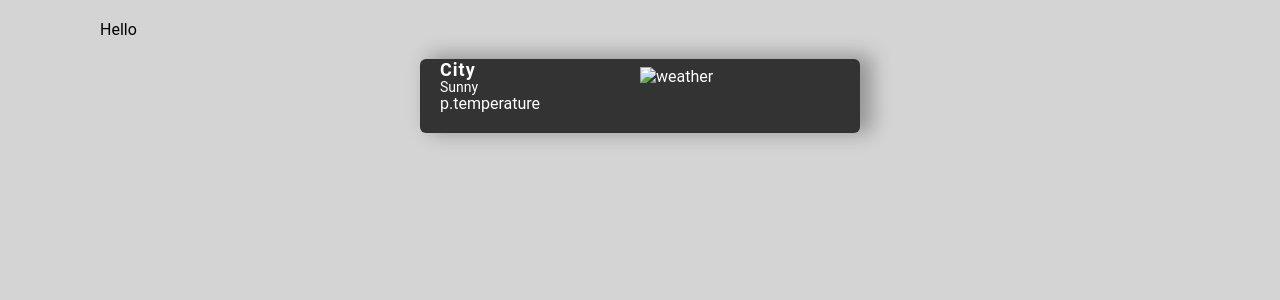
Repository: sedat-akdogan/React_Weather
Page: / (app in london_weather/)
The author's editor kept a copy of each file at every save. The page is drawn from the files as they stood at one save, then again after the next save.
The browser window is 1280 px wide. The pictures show the whole page.
The project was rebuilt for these pictures with package versions that can differ from the ones it lists, and the page was loaded fresh each time.

Above is the page before, as saved 2023-07-09 17:46:55.

### london_weather/src/index.css
body {
    margin: 0;
    font-family: 'Roboto', Arial !important;
    -webkit-font-smoothing: antialiased;
    -moz-osx-font-smoothing: grayscale;
    background-color: #d5d4d4;
}

code {
    font-family: source-code-pro, Menlo, Monaco, Consolas, 'Courier New',
        monospace;
}

### london_weather/src/App.js
import Search from './components/search/Search';
import './App.css';
import CurrentWeather from './components/current-weather/current-weather';

function App() {

    const handleOnSearchChange = (searchData) => {
        console.log(searchData);
    }

    return (
        <div className="container">
            <Search onSearchChange={handleOnSearchChange} />
            <CurrentWeather />
        </div>
    );
}

export default App;

### london_weather/src/components/search/Search.js
import React from "react";


const Search = () => {
    return ("Hello");
}

export default Search;

### london_weather/src/App.css
.container {
    max-width: 1080px;
    margin: 20px auto;
}

### london_weather/src/components/current-weather/current-weather.js
import "./current-weather.css";


const CurrentWeather = () => {
    return (
        <div className="weather">
            <div className="top">
                <div>
                    <p className="city">City</p>
                    <p className="weather-description">Sunny</p>
                </div>
                <img src="" alt="weather" className="weather-icon" />
            </div>
            <div className="bottom">
                p.temperature
            </div>
        </div>
    );
}

export default CurrentWeather;

### london_weather/src/components/current-weather/current-weather.css
.weather {
    width: 400px;
    border-radius: 6px;
    box-shadow: 10px -2px 20px 2px rgb(0 0 0 / 30%);
    color: #fff;
    background-color: #333;
    margin: 20px auto 0 auto;
    padding: 0 20px 20px 20px;
}

.top {
    display: flex;
    justify-content: space-between;
    align-items: center;
}

.city {
    font-weight: 600;
    font-size: 18px;
    margin: 0;
    letter-spacing: 1px;
}

.weather-description {
    font-weight: 400;
    font-size: 14px;
    line-height: 1;
    margin: 0;
}

.weather-icon {
    width: 200px;
}

Loaded but not shown: london_weather/public/index.html (common file); london_weather/src/index.js (common file); london_weather/src/reportWebVitals.js (common file)

After the next save:
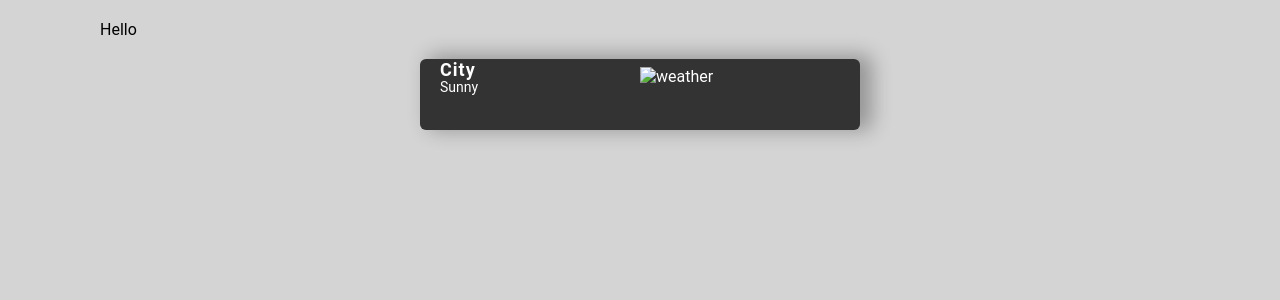
Saved 8 s later.
--- a/london_weather/src/components/current-weather/current-weather.js
+++ b/london_weather/src/components/current-weather/current-weather.js
@@ -12,7 +12,7 @@ const CurrentWeather = () => {
                 <img src="" alt="weather" className="weather-icon" />
             </div>
             <div className="bottom">
-                p.temperature
+                <p className="temperature"></p>
             </div>
         </div>
     );
